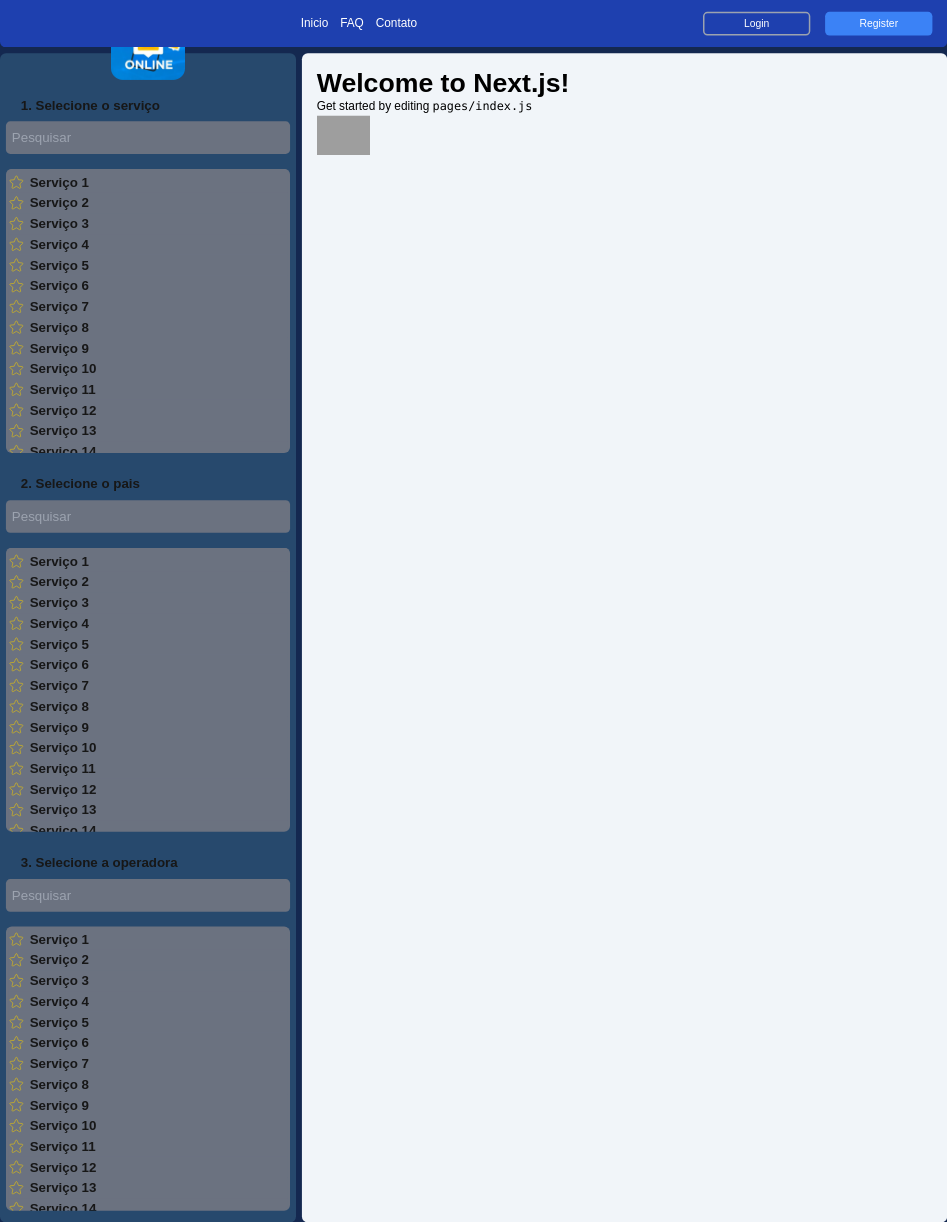
Repository: Felipe-Henrique-Dev/-DIOGO-SMS
Page: /
These files come from the project's save history. The page is drawn as it stood at one moment and after the next save; the edit follows.
The browser window is 1280 px wide. The pictures show the whole page, at 74% of full size.
Pictures or frames that could not be fetched are drawn as grey boxes. The project was rebuilt for these pictures with package versions that can differ from the ones it lists, and the page was loaded fresh each time. The framework's server and built-in components were replaced by stand-ins that run in the browser. Also part of the build but not shown: next.config.ts.

Above is the page before, as saved 2024-12-16 22:21:23.

After the next save:
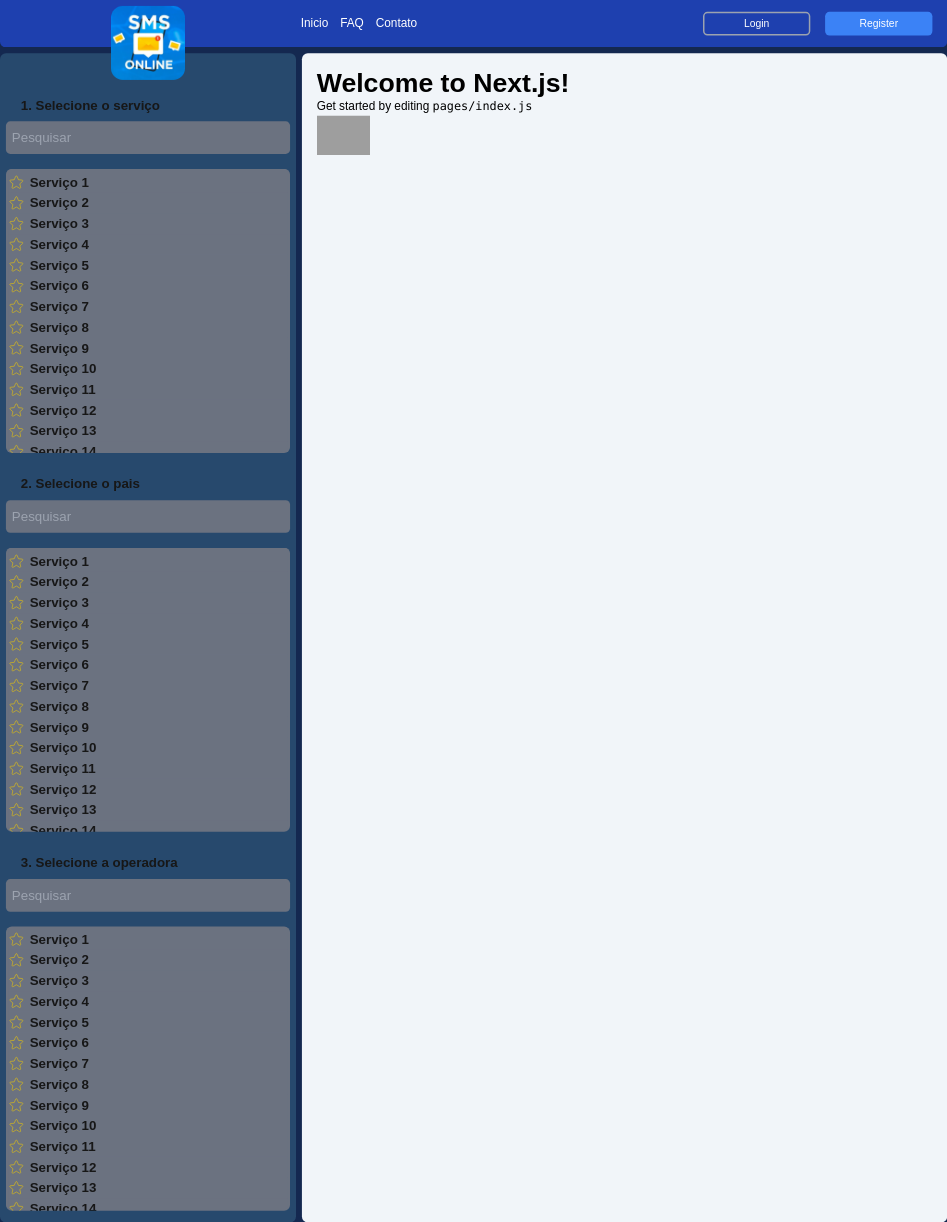
Saved 8 s later.
--- a/src/components/main/WebApp.tsx
+++ b/src/components/main/WebApp.tsx
@@ -9,7 +9,7 @@ export default function WebApp() {
   const [selectOperator, setSelectOperator] = React.useState<{ title: string; valor: number; numberDispobilize: number; id: string } | null>(null);
 
   return (
-    <aside className="min-w-[25rem] min-h-[90svh] bg-background_secondary text-pri sticky left-0 top-[4.5rem] z-50 rounded-lg flex flex-col p-2 gap-5  pt-14 z-[9999">
+    <aside className="min-w-[25rem] min-h-[90svh] bg-background_secondary text-pri sticky left-0 top-[4.5rem] z-50 rounded-lg flex flex-col p-2 gap-5  pt-14 z-[999]">
       <Image src="/logo.webp" alt="Logo" width={100} height={100} className="rounded-2xl absolute -top-16 transform -translate-x-1/2 left-1/2 z-[9999999]" />
       <Container subTitle="1. Selecione o serviço" list={list} select={selectService} setSelect={setSelectService} />
       <Container subTitle="2. Selecione o pais" list={list} select={selectCountry} setSelect={setSelectCountry} />
